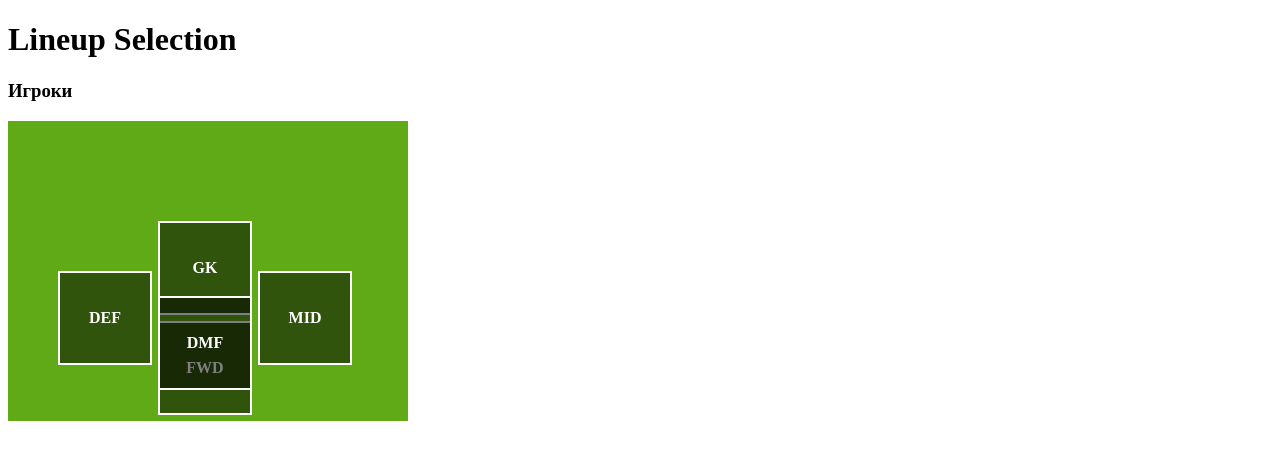
Repository: greatgreek73/soccergame
Page: http://localhost/lineup-selection/
An editor plug-in stored every save of this project. The page is shown before and after the next save, followed by the edit.
The browser window is 1280 px wide. The pictures show the whole page.
Some web libraries are served in a nearby version. The page is served by the project's application, run on Django 4.2 (manage.py). A made-up administrator, testuser (Test User, test@example.com), is signed in. Queries for data that is not in the repository find no rows.

Above is the page before, as saved 2024-04-18 20:53:02.

After the next save:
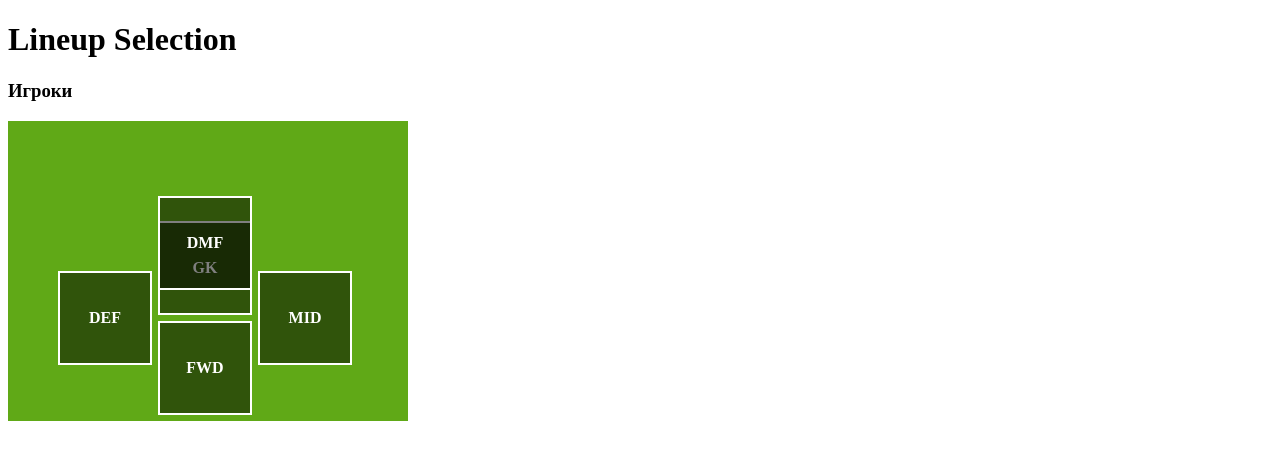
Saved 79 s later.
--- a/players/templates/lineup_selection.html
+++ b/players/templates/lineup_selection.html
@@ -173,7 +173,7 @@
         <div class="position" data-position="DEF" style="top: 150px; left: 50px;">DEF</div>
         <div class="position" data-position="MID" style="top: 150px; left: 250px;">MID</div>
         <div class="position" data-position="FWD" style="top: 200px; left: 150px;">FWD</div>
-        <div class="position" data-position="DMF" style="top: 175px; left: 150px;">DMF</div>
+        <div class="position" data-position="DMF" style="top: 75px; left: 150px;">DMF</div>
 
     </div>
 </body>
